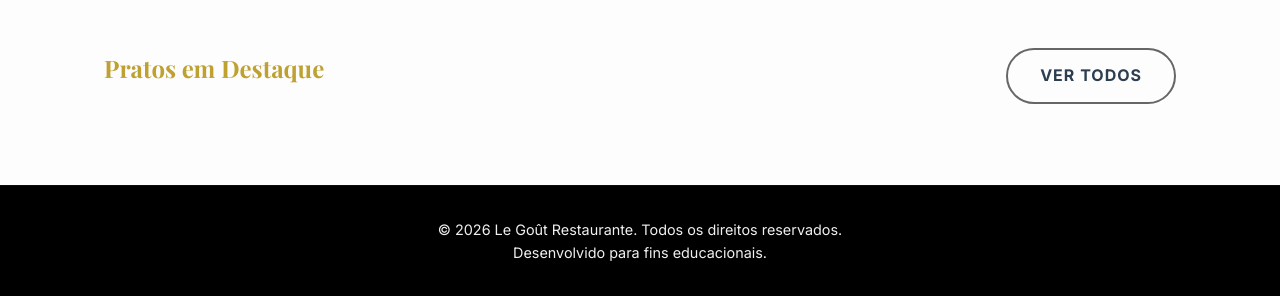
Repository: leandroFilipy/FE-refazendo-prova
Page: index.html
These files come from the project's save history. The page is drawn as it stood at one moment and after a run of saves; the edit follows.
The browser window is 1280 px wide. The pictures show the part of the page from y = 481 to 1217 px (the page is 777 px tall before and 1217 px after).
The page's requests for data from a server got no answer.

Above is the page before, as saved 2026-05-25 20:14:57.

### index.html
<!DOCTYPE html>
<html lang="pt-BR">

<head>
    <meta charset="UTF-8">
    <meta name="viewport" content="width=device-width, initial-scale=1.0">
    <title>Le Goût - Restaurante Sofisticado</title>
    <!-- Fonts -->
    <link rel="preconnect" href="https://fonts.googleapis.com">
    <link rel="preconnect" href="https://fonts.gstatic.com" crossorigin>
    <link href="https://fonts.googleapis.com/css2?family=Inter:wght@400;500;700&family=Playfair+Display:wght@400;700&display=swap" rel="stylesheet">
    <!-- Styles -->
    <link rel="stylesheet" href="style.css">
    <!-- FontAwesome for Icons -->
    <link rel="stylesheet" href="https://cdnjs.cloudflare.com/ajax/libs/font-awesome/6.0.0/css/all.min.css">
</head>

<body>
    <header>
        <div class="logo">Le Goût</div>
        <nav>
            <ul>
                <li><a href="menu.html">Cardápio</a></li>
            </ul>
        </nav>
    </header>

    <main>
        <section class="hero">
            <h1>Sabor Inesquecível</h1>
            <p>Descubra a harmonia perfeita entre a culinária clássica e a inovação moderna em cada prato.</p>
            <a href="menu.html" class="btn">Ver Cardápio Completo</a>
        </section>

        <section id="secao-destaques">
            <div class="section-header">
                <h2>Pratos em Destaque</h2>
                <a href="menu.html" class="btn btn-secondary">Ver Todos</a>
            </div>

            <div id="destaques-showcase" class="grid">
                <!-- Conteúdo carregado via JS -->
                <div class="card" onclick="window.location.href='detail.html?id=${product.id}'" style="cursor: pointer">
                    <img src="https://placehold.co/300x200?text=Sem+Imagem" alt="Nome do Produto" class="card-image" onerror="this.src='https://placehold.co/300x200?text=Sem+Imagem'">
                    <div class="card-body">
                        <span class="card-category text-muted">Entradas</span>
                        <h3 class="card-title">Nome do Produto</h3>
                        <p class="card-desc">Descrição do Produto</p>
                        <div class="card-footer">
                            <span class="price">R$ 0,00</span>
                            <button class="btn btn-secondary" onclick="event.stopPropagation(); window.location.href='detail.html?id=${product.id}'">
                                Ver Mais
                            </button>
                        </div>
                    </div>
                </div>

                <div class="loading">Carregando destaques...</div>
            </div>
        </section>
    </main>

    <footer>
        <p>&copy; 2026 Le Goût Restaurante. Todos os direitos reservados.</p>
        <p>Desenvolvido para fins educacionais.</p>
    </footer>
    <script src="/app.js"></script>
    <script>
        // Specific init for Home page
        document.addEventListener('DOMContentLoaded', () => {
            carregar6();
        });
    </script>
</body>

</html>

### style.css
/* Global Styles */
:root {
    /* Light Theme as Default */
    --primary-color: #bfa132; /* Slightly darker gold for white bg */
    --secondary-color: #f0f0f0;
    --background-color: #fdfdfd;
    --card-background: #ffffff;
    --text-color: #2c3e50;
    --text-muted: #666666;
    --accent-color: #e74c3c;
    --success-color: #27ae60;
    --border-radius: 8px;
    --shadow: 0 4px 12px rgba(0, 0, 0, 0.1);
    --transition: all 0.3s ease;
    --font-heading: 'Playfair Display', serif;
    --font-body: 'Inter', sans-serif;
}


* {
    box-sizing: border-box;
    margin: 0;
    padding: 0;
}

body {
    background-color: var(--background-color);
    color: var(--text-color);
    font-family: var(--font-body);
    line-height: 1.6;
    display: flex;
    flex-direction: column;
    min-height: 100vh;
}

h1, h2, h3, h4, h5, h6 {
    font-family: var(--font-heading);
    color: var(--primary-color);
    margin-bottom: 1rem;
}

a {
    text-decoration: none;
    color: inherit;
    transition: var(--transition);
}

ul {
    list-style: none;
}

img {
    max-width: 100%;
    display: block;
}

button {
    cursor: pointer;
    font-family: var(--font-body);
    border: none;
    outline: none;
}

/* Header & Navigation */
header {
    background-color: rgba(30, 30, 30, 0.95);
    padding: 1rem 5%;
    position: sticky;
    top: 0;
    z-index: 1000;
    backdrop-filter: blur(10px);
    box-shadow: 0 2px 10px rgba(0,0,0,0.3);
    display: flex;
    justify-content: space-between;
    align-items: center;
}

.logo {
    font-family: var(--font-heading);
    font-size: 1.8rem;
    font-weight: bold;
    color: var(--primary-color);
}

nav ul {
    display: flex;
    gap: 2rem;
}

nav a {
    font-weight: 500;
    position: relative;
    color: var(--secondary-color);
}

nav a:hover, nav a.active {
    color: var(--secondary-color);
}

nav a::after {
    content: '';
    position: absolute;
    width: 0;
    height: 2px;
    bottom: -4px;
    left: 0;
    background-color: var(--primary-color);
    transition: var(--transition);
}

nav a:hover::after, nav a.active::after {
    width: 100%;
}

/* Main Content */
main {
    flex: 1;
    padding: 2rem 5%;
    width: 100%;
    max-width: 1200px;
    margin: 0 auto;
}

/* Hero Section (Home) */
.hero {
    text-align: center;
    padding: 4rem 0;
    background: linear-gradient(rgba(0,0,0,0.6), rgba(0,0,0,0.6)), url('https://images.unsplash.com/photo-1514933651103-005eec06c04b?ixlib=rb-1.2.1&auto=format&fit=crop&w=1934&q=80');
    background-size: cover;
    background-position: center;
    border-radius: var(--border-radius);
    margin-bottom: 3rem;
    border: 1px solid rgba(212, 175, 55, 0.3);
}

.hero h1 {
    font-size: 3rem;
    margin-bottom: 1rem;
    color: #fff;
    text-shadow: 2px 2px 4px rgba(0,0,0,0.5);
}

.hero p {
    font-size: 1.2rem;
    margin-bottom: 2rem;
    color: #ddd;
    max-width: 600px;
    margin-left: auto;
    margin-right: auto;
}

.btn {
    display: inline-block;
    padding: 0.8rem 2rem;
    background-color: var(--primary-color);
    color: var(--secondary-color);
    font-weight: bold;
    border-radius: 50px;
    text-transform: uppercase;
    letter-spacing: 1px;
    transition: var(--transition);
    border: 2px solid var(--primary-color);
}

.btn:hover {
    background-color: transparent;
    color: var(--primary-color);
    transform: translateY(-3px);
    box-shadow: 0 5px 15px rgba(212, 175, 55, 0.3);
}

.btn-secondary {
    background-color: transparent;
    border: 2px solid var(--text-muted);
    color: var(--text-color);
}

.btn-secondary:hover {
    border-color: var(--text-color);
    background-color: rgba(255,255,255,0.1);
}

.btn-danger {
    background-color: var(--accent-color);
    border-color: var(--accent-color);
    color: white;
}

.btn-danger:hover {
    background-color: #c0392b;
}

/* Section Headers */
.section-header {
    margin-bottom: 2rem;
    display: flex;
    justify-content: space-between;
    align-items: center;
    border-bottom: 1px solid rgba(255,255,255,0.1);
    padding-bottom: 1rem;
}

/* Grid Layouts */
.grid {
    display: grid;
    grid-template-columns: repeat(auto-fill, minmax(300px, 1fr));
    gap: 2rem;
}

/* Product Card */
.card {
    background-color: var(--card-background);
    border-radius: var(--border-radius);
    overflow: hidden;
    box-shadow: var(--shadow);
    transition: var(--transition);
    border: 1px solid rgba(255,255,255,0.05);
    display: flex;
    flex-direction: column;
}

.card:hover {
    transform: translateY(-5px);
    box-shadow: 0 10px 20px rgba(0,0,0,0.4);
    border-color: var(--primary-color);
}

.card-image {
    width: 100%;
    height: 200px;
    object-fit: cover;
    background-color: #333;
}

.card-body {
    padding: 1.5rem;
    flex: 1;
    display: flex;
    flex-direction: column;
}

.card-category {
    font-size: 0.8rem;
    color: var(--primary-color);
    text-transform: uppercase;
    letter-spacing: 1px;
    margin-bottom: 0.5rem;
    font-weight: bold;
}

.card-title {
    font-size: 1.4rem;
    margin-bottom: 0.5rem;
    color: var(--text-color);
}

.card-desc {
    color: var(--text-muted);
    font-size: 0.9rem;
    margin-bottom: 1rem;
    flex: 1;
    display: -webkit-box;
    -webkit-line-clamp: 3;
    -webkit-box-orient: vertical;
    overflow: hidden;
}

.card-footer {
    display: flex;
    justify-content: space-between;
    align-items: center;
    margin-top: 1rem;
    padding-top: 1rem;
    border-top: 1px solid rgba(255,255,255,0.1);
}

.price {
    font-size: 1.2rem;
    font-weight: bold;
    color: var(--primary-color);
}

/* Filters */
.filters {
    display: flex;
    gap: 1rem;
    margin-bottom: 2rem;
    flex-wrap: wrap;
    justify-content: center;
}

.filter-btn {
    padding: 0.5rem 1.5rem;
    background-color: transparent;
    border: 1px solid var(--text-muted);
    color: var(--text-muted);
    border-radius: 50px;
    transition: var(--transition);
}

.filter-btn:hover, .filter-btn.active {
    background-color: var(--primary-color);
    color: var(--secondary-color);
    border-color: var(--primary-color);
}

/* Details Page */
.detail-container {
    display: flex;
    gap: 3rem;
    background-color: var(--card-background);
    padding: 2rem;
    border-radius: var(--border-radius);
    box-shadow: var(--shadow);
    align-items: center;
}

.detail-image {
    width: 50%;
    border-radius: var(--border-radius);
    max-height: 500px;
    object-fit: cover;
}
.detail-info {
    width: 50%;
}
.detail-price {
    font-size: 2rem;
    color: var(--primary-color);
    margin: 1.5rem 0;
    font-weight: bold;
}
.badge {
    display: inline-block;
    padding: 0.3rem 0.8rem;
    background-color: var(--primary-color);
    color: var(--secondary-color);
    border-radius: 4px;
    font-size: 0.8rem;
    font-weight: bold;
    text-transform: uppercase;
}

/* Admin/Form */
.form-container {
    background-color: var(--card-background);
    padding: 2rem;
    border-radius: var(--border-radius);
    max-width: 600px;
    margin: 0 auto 3rem auto;
}

.form-group {
    margin-bottom: 1.5rem;
}

.form-group label {
    display: block;
    margin-bottom: 0.5rem;
    color: var(--text-muted);
}

.form-control {
    width: 100%;
    padding: 0.8rem;
    background-color: rgba(255,255,255,0.05);
    border: 1px solid rgba(255,255,255,0.1);
    border-radius: 4px;
    color: var(--text-color);
    font-family: var(--font-body);
}

.form-control:focus {
    border-color: var(--primary-color);
    outline: none;
    background-color: rgba(255,255,255,0.1);
}

table {
    width: 100%;
    border-collapse: collapse;
    background-color: var(--card-background);
    border-radius: var(--border-radius);
    overflow: hidden;
}

th, td {
    padding: 1rem;
    text-align: left;
    border-bottom: 1px solid rgba(255,255,255,0.1);
}

th {
    background-color: rgba(212, 175, 55, 0.1);
    color: var(--primary-color);
    font-weight: bold;
}

tr:hover {
    background-color: rgba(255,255,255,0.02);
}

.action-btn {
    padding: 0.4rem 0.8rem;
    border-radius: 4px;
    font-size: 0.8rem;
    margin-right: 0.5rem;
}

/* Footer */
footer {
    background-color: #000;
    padding: 2rem 5%;
    text-align: center;
    color: var(--secondary-color);
    font-size: 0.9rem;
    border-top: 1px solid rgba(255,255,255,0.05);
    margin-top: auto;
}

/* Loading/Error States */
.loading {
    text-align: center;
    padding: 3rem;
    color: var(--text-muted);
}
.error-msg {
    color: var(--accent-color);
    text-align: center;
    padding: 2rem;
    border: 1px solid var(--accent-color);
    border-radius: var(--border-radius);
    background-color: rgba(231, 76, 60, 0.1);
}

/* Responsive */
@media (max-width: 768px) {
    .detail-container {
        flex-direction: column;
    }
    .detail-image, .detail-info {
        width: 100%;
    }
    .hero h1 {
        font-size: 2rem;
    }
    nav ul {
        flex-direction: column;
        gap: 1rem;
        display: none; /* Mobile menu hidden by default - simplified for this demo */
    }
    .grid {
        grid-template-columns: 1fr;
    }
}

### app.js
async function carregar6() {

    const  container = document.querySelector("#destaques-showcase")
    container.innerHTML = ""

    try{

        const resposta = await fetch ("https://api-restaurante-5iqb.onrender.com/api/produtos")
        const data = await resposta.json()

        data.sort((a,b) => a.preco - b.preco)
        const destacados = data.filter(produto => produto.destacado === true)


        destacados.forEach(produto => {

            container.innerHTML += `
            <div class="card" onclick="window.location.href='detail.html?id=${produto.id}'" style="cursor: pointer">
                    <img src=${produto.imagem} alt=${produto.imagem} class="card-image" onerror="this.src='https://placehold.co/300x200?text=Sem+Imagem'">
                    <div class="card-body">
                        <span class="card-category text-muted">${produto.categoria}</span>
                        <h3 class="card-title">${produto.nome}</h3>
                        <p class="card-desc">${produto.descricao}</p>
                        <div class="card-footer">
                            <span class="price">R$ ${produto.preco.toFixed(2).replace(".", ",")}</span>
                            <button class="btn btn-secondary" onclick="event.stopPropagation(); window.location.href='detail.html?id=${produto.id}'">
                                Ver Mais
                            </button>
                        </div>
                    </div>
                </div>
            `
        });

        /*for(let i =0; i<6; i++){

                container.innerHTML += `

                `
            }
        */




    }catch(error){
        console.log("erro foi: " + error)
    }

}

After the next 2 saves:
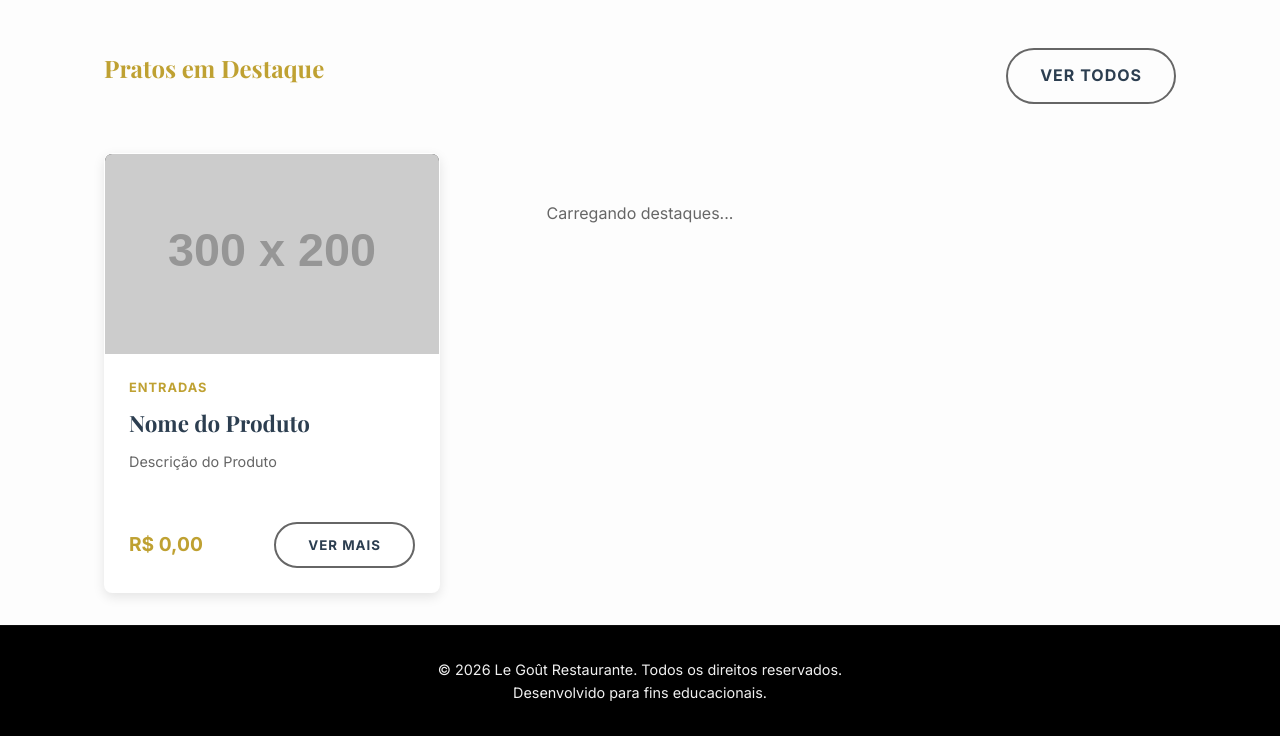
Console error: SyntaxError: Identifier 'destacados' has already been declared
The 2 saves are shown as one change because they came seconds apart.
The last was saved 8 s later.
--- a/app.js
+++ b/app.js
@@ -11,6 +11,7 @@
         data.sort((a,b) => a.preco - b.preco)
         const destacados = data.filter(produto => produto.destacado === true)
 
+        const
 
         destacados.forEach(produto => {
 

After the 2 saves that followed:
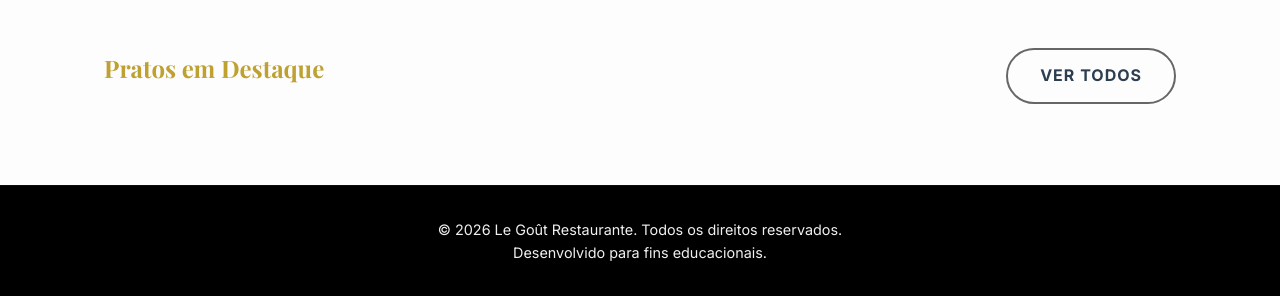
The error is gone.
The 2 saves are shown as one change because they came seconds apart.
The last was saved 11 s later.
--- a/app.js
+++ b/app.js
@@ -11,7 +11,7 @@
         data.sort((a,b) => a.preco - b.preco)
         const destacados = data.filter(produto => produto.destacado === true)
 
-        const
+        const sixSeven =
 
         destacados.forEach(produto => {
 
